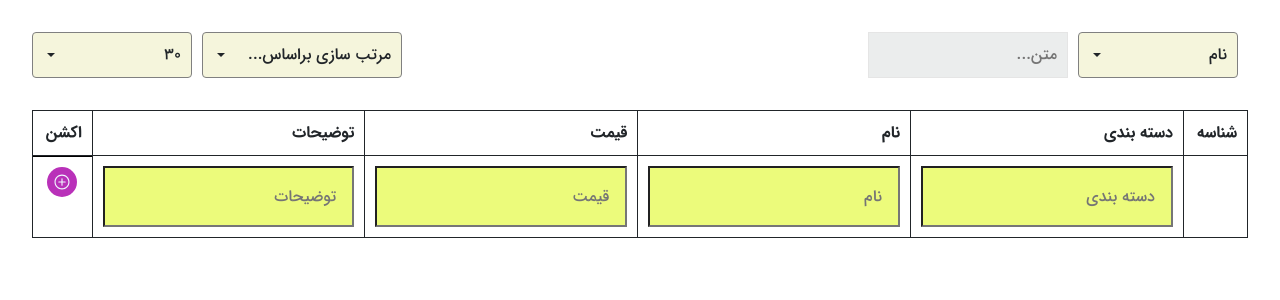
Repository: fateme81yosefi/form_ecco
Page: /
The author's editor kept a copy of each file at every save. The page is drawn from the files as they stood at one save, then again after a run of saves.
The browser window is 1280 px wide. The pictures show the whole page.
The page's requests for data from a server got no answer. The project was rebuilt for these pictures with package versions that can differ from the ones it lists, and the page was loaded fresh each time. No one was signed in, and anything a server would have sent is missing.

Above is the page before, as saved 2023-03-10 10:57:12.

### src/index.js
import React from 'react';
import ReactDOM from 'react-dom/client';
import './index.css';
import App from './App';
import reportWebVitals from './reportWebVitals';
import"bootstrap/dist/css/bootstrap.css";
import "bootstrap/dist/js/bootstrap"
const root = ReactDOM.createRoot(document.getElementById('root'));
root.render(
  <React.StrictMode>
    <App />
  </React.StrictMode>
);

// If you want to start measuring performance in your app, pass a function
// to log results (for example: reportWebVitals(console.log))
// or send to an analytics endpoint. Learn more: https://bit.ly/CRA-vitals
reportWebVitals();

### src/App.js
import { Button } from 'bootstrap';
import { useEffect, useState, useCallback } from 'react';
import './App.css';
import debounce from "lodash.debounce";

function App() {

  const [Data, setData] = useState([])
  const [DataFiltered, setDataFiltered] = useState([])
  const [empty, setEmpty] = useState(true)
  const [query, setQuery] = useState("");
  const [searchIn, setsearchIn] = useState("نام");
  const [titleSort, setTitleSort] = useState("");
  const [titleSearch, setTitleSearch] = useState("");

  const [row, setRow] = useState(30);
  const [page, setPage] = useState(1);
  const [newProcuctId, setNewProcuctId] = useState();
  const [newProcuctTitle, setNewProcuctTitle] = useState();
  const [newProcuctPrice, setNewProcuctPrice] = useState();
  const [newProcuctDescription, setNewProcuctDescription] = useState();
  const [newProcuctCategory, setNewProcuctCategory] = useState();


  let rows = [];



  const postData = async () => {
    try {
      const response = await fetch("https://dummyjson.com/products");
      let result = await response.json();
      setData(result.products)
      console.log(result)

    } catch (err) {
      console.log("err = ", err);
    } finally {
    }
  };
  const changeHandler = (event) => {
    setQuery(event.target.value);
  };

  const debouncedChangeHandler = useCallback(debounce(changeHandler, 2000), []);


  const deleteProduct = async (id) => {
    if (window.confirm('Do you want to remove?')) {

      try {
        const response = await fetch("https://dummyjson.com/products/" + id, {
          method: "DELETE"
        })
        let result = await response.json();

        window.location.reload()
        postData()
      } catch (err) {
        console.log("err = ", err);
      } finally {
      }
    }
  };


  const addProduct = async () => {
    if (window.confirm('Do you want to Add it?')) {

      try {
        // const response = await fetch("https://dummyjson.com/products/" + newProcuctId, {
        //   method: "POST",
        //   body: JSON.stringify(
        //     { id: newProcuctId, price: newProcuctPrice, description: newProcuctDescription, category: newProcuctCategory }
        //   )

        // })
        // let result = await response.json();
        // console.log(result)
        // console.log(response)
      } catch (err) {
        console.log("err = ", err);
      } finally {
      }
    }
  };

  useEffect(() => {
    postData()
  }, []);



  useEffect(() => {

    for (let i = 0; i < row; i++) {
      rows.push(i);
    }

  }, [row]);



  useEffect(() => {
    filtering(searchIn)
  }, [query]);

  useEffect(() => {
    setDataFiltered(Data)
  }, [Data]);

  useEffect(() => {
    setEmpty(!empty)
  }, [DataFiltered]);

  function compareById(a, b) {
    if (a.id < b.id) {
      return -1;
    }
    if (a.id > b.id) {
      return 1;
    }
    return 0;
  }
  function compareByCategory(a, b) {
    if (a.category < b.category) {
      return -1;
    }
    if (a.category > b.category) {
      return 1;
    }
    return 0;
  }
  function compareByName(a, b) {
    if (a.title < b.title) {
      return -1;
    }
    if (a.title > b.title) {
      return 1;
    }
    return 0;
  }
  function compareByPrice(a, b) {
    if (a.price < b.price) {
      return -1;
    }
    if (a.price > b.price) {
      return 1;
    }
    return 0;
  }
  const sorting = (i) => {
    if (empty !== true) {
      let vvvvvv = "";
      setDataFiltered(vvvvvv)
      setEmpty(true)
      switch (i) {

        case 1:
          setDataFiltered(Data.sort(compareById))
          break;

        case 2:
          setDataFiltered(Data.sort(compareByCategory))
          break;

        case 3:
          setDataFiltered(Data.sort(compareByName))
          break;

        case 4:
          setDataFiltered(Data.sort(compareByPrice))
          break;

        default:
          break;
      }
    }

    else {
      switch (i) {

        case 1:
          setDataFiltered(Data.sort(compareById))
          setEmpty(false)
          break;

        case 2:
          setDataFiltered(Data.sort(compareByCategory))
          setEmpty(false)
          break;

        case 3:
          setDataFiltered(Data.sort(compareByName))
          setEmpty(false)
          break;

        case 4:
          setDataFiltered(Data.sort(compareByPrice))
          setEmpty(false)
          break;

        default:
          break;
      }
    }
  }
  let uniqueTags = [];

  const filtering = (searchIn) => {

    switch (searchIn) {
      case "شناسه":
        Data
          .filter((data) => data.id.toString().toLowerCase().includes(query))
          .map((data, index) => {
            uniqueTags.push(data);

          });
        setDataFiltered(uniqueTags)
        break;

      case "نام":
        Data
          .filter((data) => data.title.toLowerCase().includes(query))
          .map((data, index) => {
            uniqueTags.push(data);

          });
        setDataFiltered(uniqueTags)
        break;

      case "قیمت":
        Data
          .filter((data) => data.price.toString().toLowerCase().includes(query))
          .map((data, index) => {
            uniqueTags.push(data);

          });
        setDataFiltered(uniqueTags)
        break;

      case "دسته بندی":
        Data
          .filter((data) => data.category.toLowerCase().includes(query))
          .map((data, index) => {
            uniqueTags.push(data);

          });
        setDataFiltered(uniqueTags)
        break;

      default:
        break;
    }



  };

  return <div className="App">
    <div className='containerr'>
      <div className='headButton'>
        <div className='left'>

          <div className="dropdown">
            <button className="btn dropdown-toggle" type="button" id="dropdownMenuButton" data-toggle="dropdown" aria-haspopup="true" aria-expanded="false">
              {row}
            </button>
            <div className="dropdown-menu" aria-labelledby="dropdownMenuButton">
              <a className="dropdown-item" onClick={() => setRow(5)} >5</a>
              <a className="dropdown-item" onClick={() => setRow(12)}>12  </a>
              <a className="dropdown-item" onClick={() => setRow(30)}>30</a>
            </div>
          </div>


          <div className="dropdown">
            <button className="btn dropdown-toggle btn-sort" type="button" id="dropdownMenuButton" data-toggle="dropdown" aria-haspopup="true" aria-expanded="false">

              {titleSort!=="" ? titleSort : "مرتب سازی براساس..."}

            </button>
            <div className="dropdown-menu dropDownSort" aria-labelledby="dropdownMenuButton">
              <a className="dropdown-item" onClick={() => { sorting(1); setTitleSort("شناسه") }}>شناسه</a>
              <a className="dropdown-item" onClick={() => { sorting(2) ; setTitleSort("دسته بندی") }}>دسته بندی </a>
              <a className="dropdown-item" onClick={() => { sorting(3) ; setTitleSort("نام") }}>نام</a>
              <a className="dropdown-item" onClick={() => { sorting(4) ; setTitleSort("قیمت") }}>قیمت</a>
            </div>
          </div>

        </div>

        <div className='right'>

          <input className='inputSearch' onChange={debouncedChangeHandler}
            type="text" placeholder='متن...' />

          <div className="dropdown">
            <button className="btn dropdown-toggle" type="button" id="dropdownMenuButton" data-toggle="dropdown" aria-haspopup="true" aria-expanded="false">
              {searchIn}
            </button>
            <div className="dropdown-menu" aria-labelledby="dropdownMenuButton">
              <a className="dropdown-item" onClick={() => setsearchIn("شناسه")}>شناسه</a>
              <a className="dropdown-item" onClick={() => setsearchIn("دسته بندی")} >دسته بندی </a>
              <a className="dropdown-item" onClick={() => setsearchIn("نام ")}>نام</a>
              <a className="dropdown-item" onClick={() => setsearchIn("قیمت")}>قیمت</a>
            </div>
          </div>


        </div>
      </div>



      <table>
        <tr>
          <th>شناسه</th>
          <th>دسته بندی</th>
          <th>نام </th>
          <th>قیمت</th>
          <th>توضیحات </th>
          <th>اکشن </th>
        </tr>

        {DataFiltered ? DataFiltered.map((item, index) => (
          index < page * row && index + 1 > (page - 1) * row ?
            (<tr>
              <td>{item.id}</td>
              <td>{item.category}</td>
              <td>{item.title}</td>
              <td>{item.price}</td>
              <td>{item.description}</td>
              <td className='actionsTd'>
                <button className='actions deleteAction' onClick={() => { deleteProduct(item.id) }}>
                  <svg width="24" height="24" viewBox="0 0 24 24" fill="none" xmlns="http://www.w3.org/2000/svg"><path d="M7 4a2 2 0 0 1 2-2h6a2 2 0 0 1 2 2v2h4a1 1 0 1 1 0 2h-1.069l-.867 12.142A2 2 0 0 1 17.069 22H6.93a2 2 0 0 1-1.995-1.858L4.07 8H3a1 1 0 0 1 0-2h4V4zm2 2h6V4H9v2zM6.074 8l.857 12H17.07l.857-12H6.074z" fill="white" /></svg>
                </button>
                <button className='actions editAction'>
                  <svg width="15" height="15" viewBox="0 0 15 15" fill="none" xmlns="http://www.w3.org/2000/svg"> <path d="M9.85355 0.146447C9.65829 -0.0488155 9.34171 -0.0488155 9.14645 0.146447L6.50002 2.79288L12.2071 8.49998L14.8536 5.85355C15.0488 5.65829 15.0488 5.34171 14.8536 5.14645L9.85355 0.146447Z" fill="white" /> <path d="M0 9.29289L5.79291 3.49998L11.5 9.20709L5.70711 15H0.5C0.223858 15 0 14.7761 0 14.5V9.29289Z" fill="white" /> <path d="M8 15H15V14H8V15Z" fill="white" /> </svg>
                </button>
              </td>
            </tr>) : ""
        )) : ""

        }

        <tr className='addingInput'>
          <th></th>
          <th><input placeholder='دسته بندی' onChange={(e) => { setNewProcuctCategory(e.target.value) }} /></th>
          <th><input placeholder='نام' onChange={(e) => { setNewProcuctTitle(e.target.value) }} /> </th>
          <th><input placeholder='قیمت' onChange={(e) => { setNewProcuctPrice(e.target.value) }} /></th>
          <th><input placeholder='توضیحات' onChange={(e) => { setNewProcuctDescription(e.target.value) }} /> </th>
          <th className='addingTh'>
            <button className='actions addAction' onClick={() => addProduct()}>
              <svg clipRule="evenodd" fillRule="evenodd" strokeLinejoin="round" strokeMiterlimit="2" viewBox="0 0 24 24" xmlns="http://www.w3.org/2000/svg"><path d="m12.002 2c5.518 0 9.998 4.48 9.998 9.998 0 5.517-4.48 9.997-9.998 9.997-5.517 0-9.997-4.48-9.997-9.997 0-5.518 4.48-9.998 9.997-9.998zm0 1.5c-4.69 0-8.497 3.808-8.497 8.498s3.807 8.497 8.497 8.497 8.498-3.807 8.498-8.497-3.808-8.498-8.498-8.498zm-.747 7.75h-3.5c-.414 0-.75.336-.75.75s.336.75.75.75h3.5v3.5c0 .414.336.75.75.75s.75-.336.75-.75v-3.5h3.5c.414 0 .75-.336.75-.75s-.336-.75-.75-.75h-3.5v-3.5c0-.414-.336-.75-.75-.75s-.75.336-.75.75z" fillRule="nonzero" /></svg>
            </button>
          </th>
        </tr>


      </table>

      <div className='containCounterPage'>
        {[...Array(Math.round(DataFiltered.length / row))].map((_, index) => (
          <button onClick={() => setPage(index + 1)}>{index + 1}</button>
        ))}

      </div>

    </div>

  </div >
}

export default App;

### src/App.css
@font-face {
  font-family: iransansdn;
  font-weight: 100;
  src: url("./fonts/IRANSansWeb.ttf");
}
@font-face {
  font-family: iransansdn;
  font-weight: 400;
  src: url("./fonts/IRANSansWeb_Medium.ttf");
}
@font-face {
  font-family: iransansdn;
  font-weight: bold;
  src: url("./fonts/IRANSansWeb_Bold.ttf");
}

* {
  font-family: iransansdn;
  user-select: none;
}

.App {
  width: 100%;
  background-color: rgb(255, 255, 255);
  display: flex;
  align-items: center;
  justify-content: center;
}

td,
th,
table {
  border-collapse: collapse;
  border: 1px solid;
}
td,
th {
  padding: 10px;
}
table {
  width: 100%;
  direction: rtl;
  text-align: right !important;
}
.actionsTd {
  height: 100%;
}
.containerr {
  width: 95%;
  background-color: rgb(255, 255, 255);
  display: flex;
  align-items: center;
  justify-content: center;
  flex-direction: column;
}
.headButton {
  width: 100%;
  display: flex;
  align-items: center;
  justify-content: space-between;
  flex-direction: row;
}

.inputSearch {
  width: 200px;
  padding: 10px;
  direction: rtl;
  border: 1px solid #e5e5e5;
  margin-right: 10px;
  background-color: rgb(235, 237, 237);
}
.inputSearch:focus {
  outline: none;
}
.actionsTd {
  display: flex;
  flex-direction: row;
  align-items: center;
  justify-content: space-between;
}
.actions {
  width: 30px;
  height: 30px;
  display: flex;
  align-items: center;
  justify-content: center;
  border: none;
  border-radius: 50%;
}
.actions svg {
  fill: aliceblue;
}
.deleteAction {
  background-color: rgb(182, 38, 38);
}
.editAction {
  background-color: rgb(62, 143, 223);
}
.addAction {
  background-color: rgb(185, 49, 185);
}

.headButton {
  padding: 2rem 0;
}

.left,
.right {
  display: flex;
  flex-direction: row;
}

.listDrop {
  display: flex;
  align-items: center;
  justify-content: center;
  flex-direction: column;
  background-color: rgb(199, 199, 200);
  width: 170px;
  max-height: 120px;
  position: absolute;
  margin-top: 159px;
}
.listDropRow {
  margin-top: 130px;
}
.listDrop button {
  background-color: rgb(199, 199, 200);
  border: none;
  padding: 4px;
}
.dropdown {
  width: 170px;
  border: none;
}
.btn {
  width: 160px;
  border: 1px solid grey !important;
  direction: rtl;
  background-color: beige !important;
  display: flex !important;
  align-items: center;
  justify-content: space-between;
  padding: 10px !important;
}
.btn-sort {
  width: 200px;
}
.dropDownSort {
  min-width: 200px !important;
}
.actionsTd{
    border: none;
    border-top: 1px solid black;
}
.addingInput th input{
    background-color: rgb(236, 251, 123);
    width: 100%;
    height: 100%;
    padding: 1rem;
}
.addingTh{
    display: flex;
    align-items: center;
    justify-content: center;
    border: none;
    border-top: 1px solid black;

}
.containCounterPage{
    display: flex;
    align-items: center;
    justify-content: center;
    flex-direction: row;
}

Loaded but not shown: public/index.html (common file); src/index.css (common file); src/reportWebVitals.js (common file)

After the next 7 saves:
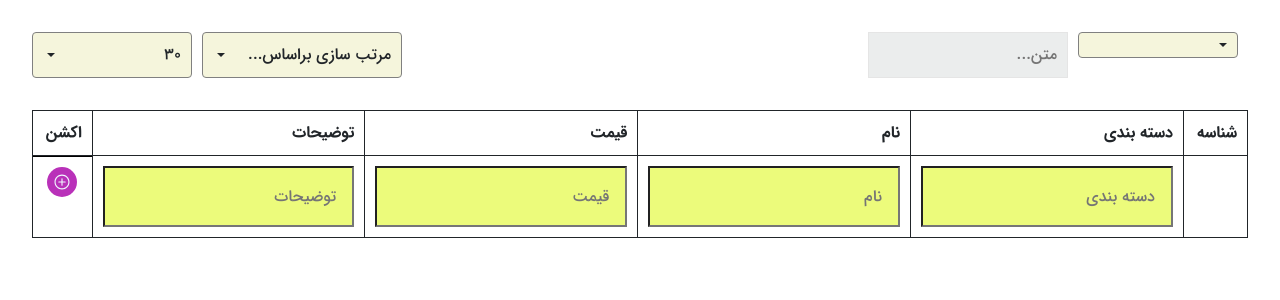
The 7 saves are shown as one change because 1 did not build or start and some came seconds apart.
The last was saved 36 s later.
--- a/src/App.js
+++ b/src/App.js
@@ -298,7 +298,7 @@ function App() {
 
           <div className="dropdown">
             <button className="btn dropdown-toggle" type="button" id="dropdownMenuButton" data-toggle="dropdown" aria-haspopup="true" aria-expanded="false">
-              {searchIn}
+              {titleSearch!==""?titleSearch:""}
             </button>
             <div className="dropdown-menu" aria-labelledby="dropdownMenuButton">
               <a className="dropdown-item" onClick={() => setsearchIn("شناسه")}>شناسه</a>
